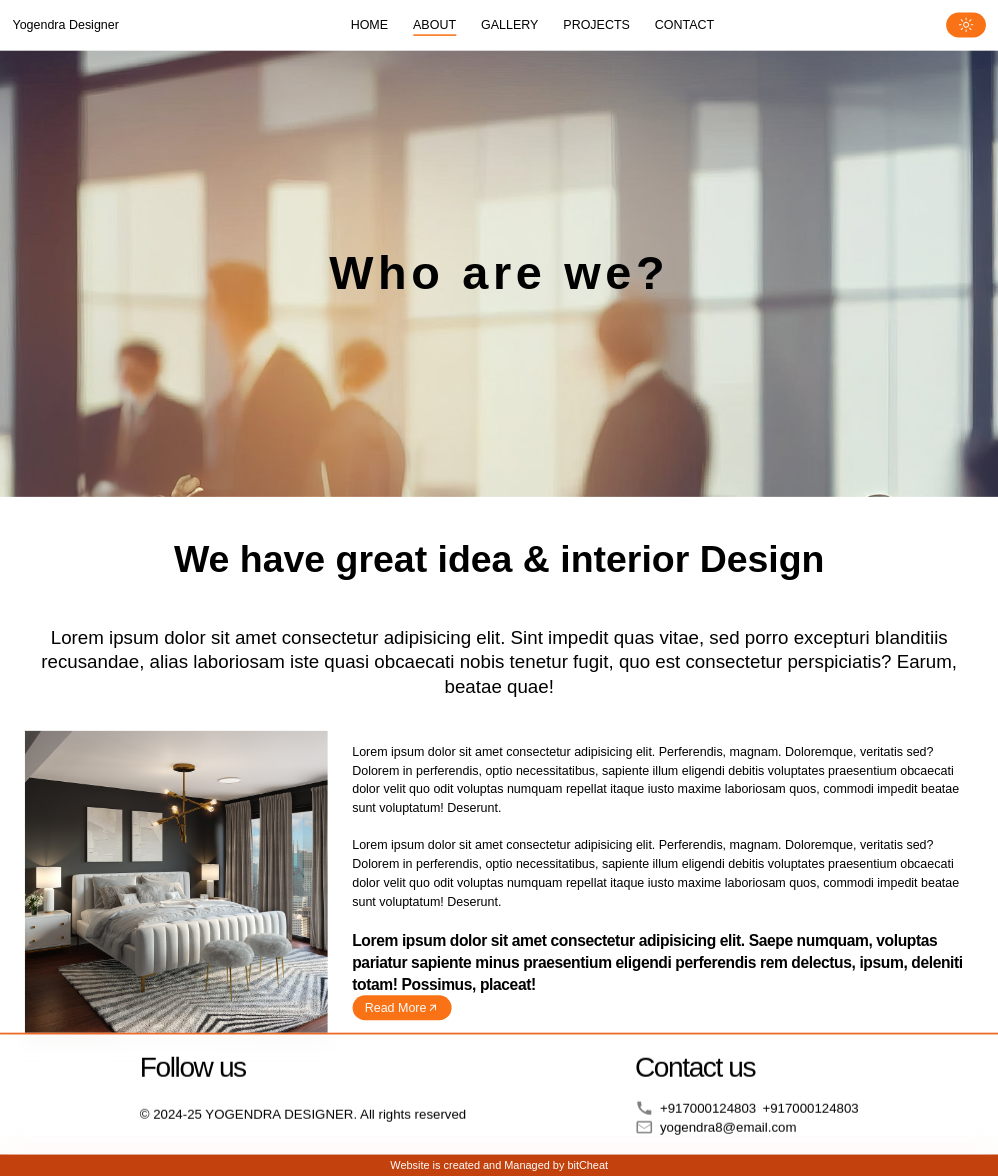
Repository: hitoutvrma/MB_designs-Interior-Designing-website
Page: /about
These files come from the project's save history. The page is drawn as it stood at one moment and after the next save; the edit follows.
The browser window is 1280 px wide. The pictures show the whole page, at 78% of full size.
The project was rebuilt for these pictures with package versions that can differ from the ones it lists, and the page was loaded fresh each time. The framework's server and built-in components were replaced by stand-ins that run in the browser. Also part of the build but not shown: next.config.mjs.

Above is the page before, as saved 2024-09-16 20:46:11.

After the next save:
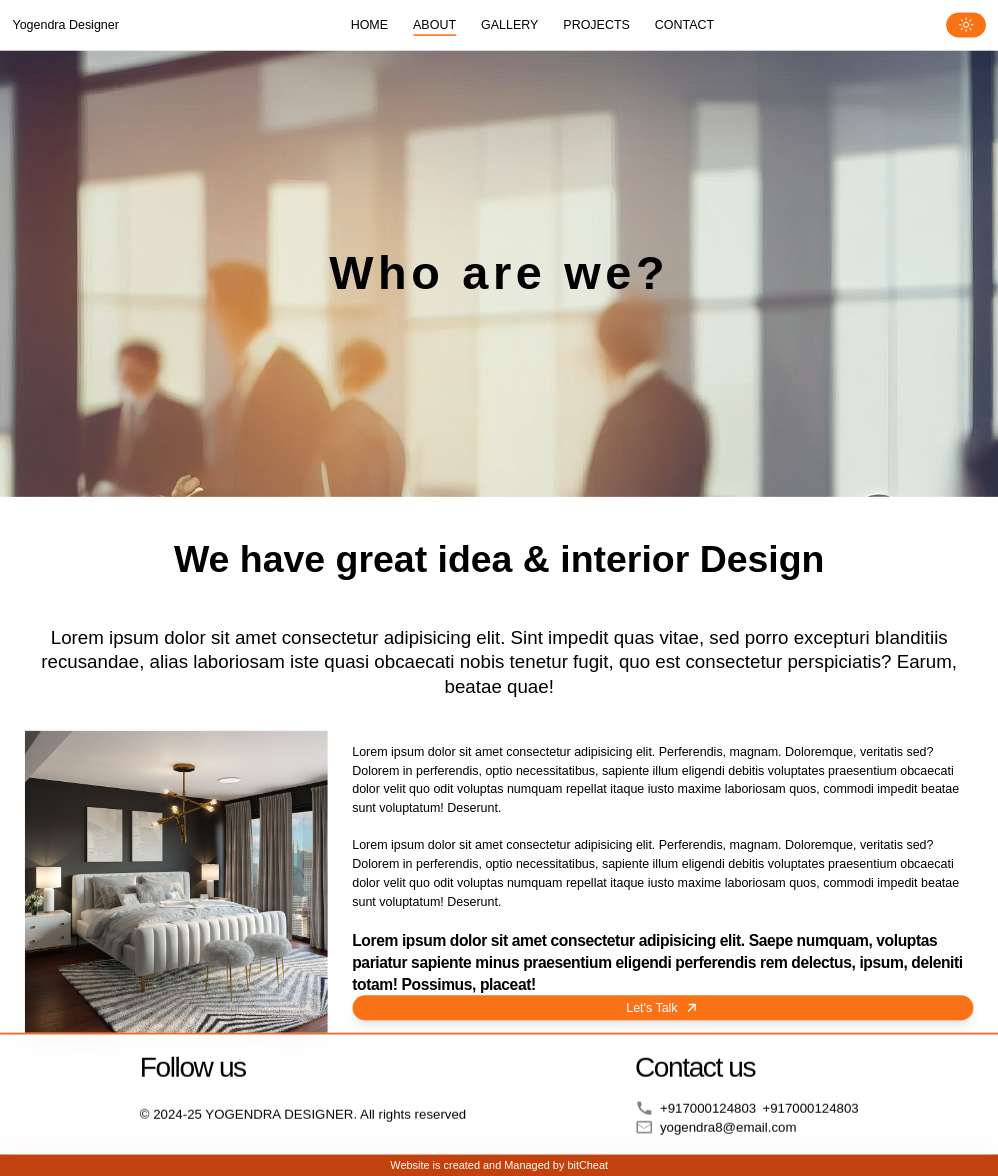
Saved 109 s later.
--- a/app/about/page.jsx
+++ b/app/about/page.jsx
@@ -30,7 +30,8 @@ const page = () => {
           Lorem ipsum dolor sit amet consectetur adipisicing elit. Saepe numquam, voluptas pariatur sapiente minus praesentium eligendi perferendis rem delectus, ipsum, deleniti totam! Possimus, placeat!
         </span>
       </p>
-      <Button>Read More <TbArrowUpRight/></Button>
+      <Button type="submit" className="flex w-full items-center px-8 py-3 text-white rounded-full shadow-lg hover:bg-gray-800 hover:ring-2 hover:ring-gray-950 ring-offset-2">Let's Talk<TbArrowUpRight className="w-5 h-5 ml-2"/></Button>
+
       </div>
       </div>
       </div>
